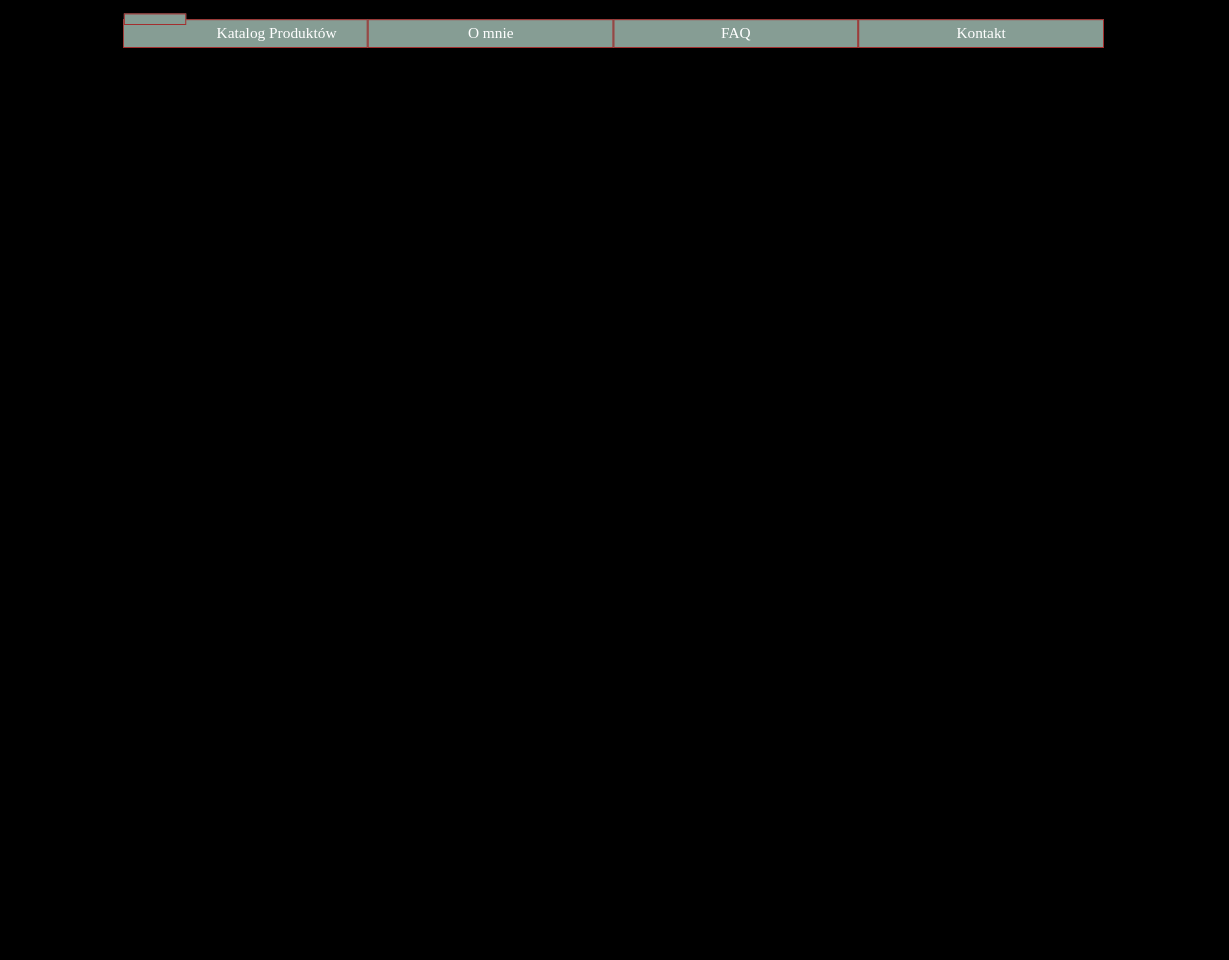
Repository: kowalkos/Rak_projekt
Page: /
The author's editor kept a copy of each file at every save. The page is drawn from the files as they stood at one save, then again after the next save.
The browser window is 1280 px wide. The pictures show the whole page, at 96% of full size.
The project was rebuilt for these pictures with package versions that can differ from the ones it lists, and the page was loaded fresh each time.

Above is the page before, as saved 2021-12-15 19:02:30.

After the next save:
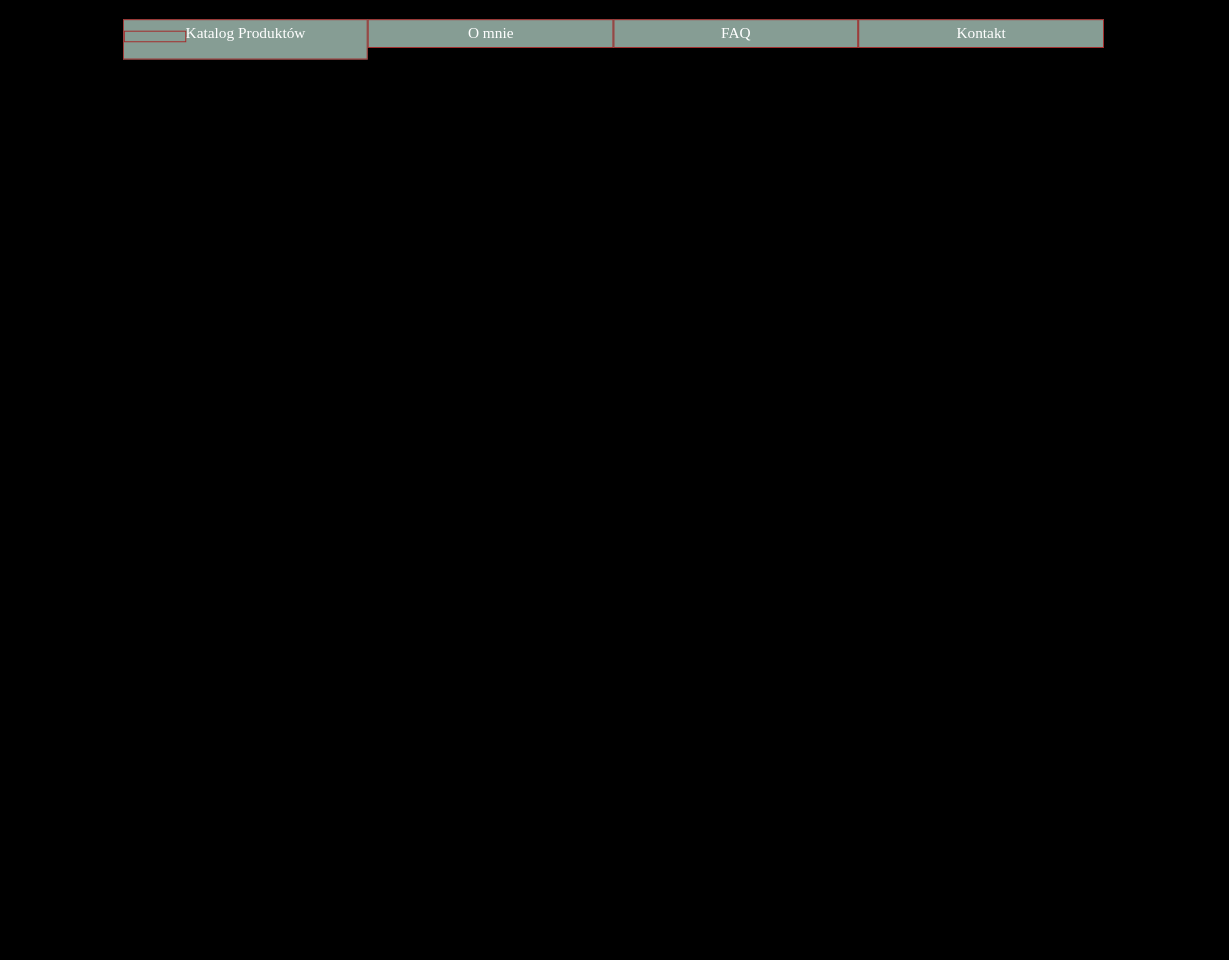
Saved 13 s later.
--- a/src/components/navbar/NavBar.css
+++ b/src/components/navbar/NavBar.css
@@ -17,7 +17,7 @@
     border: 1px solid brown;
 }
 .nav-bar__inside{
-    float: left;
+
     width:calc(99%/4);
     padding-top: 5px;
     padding-bottom: 5px;
